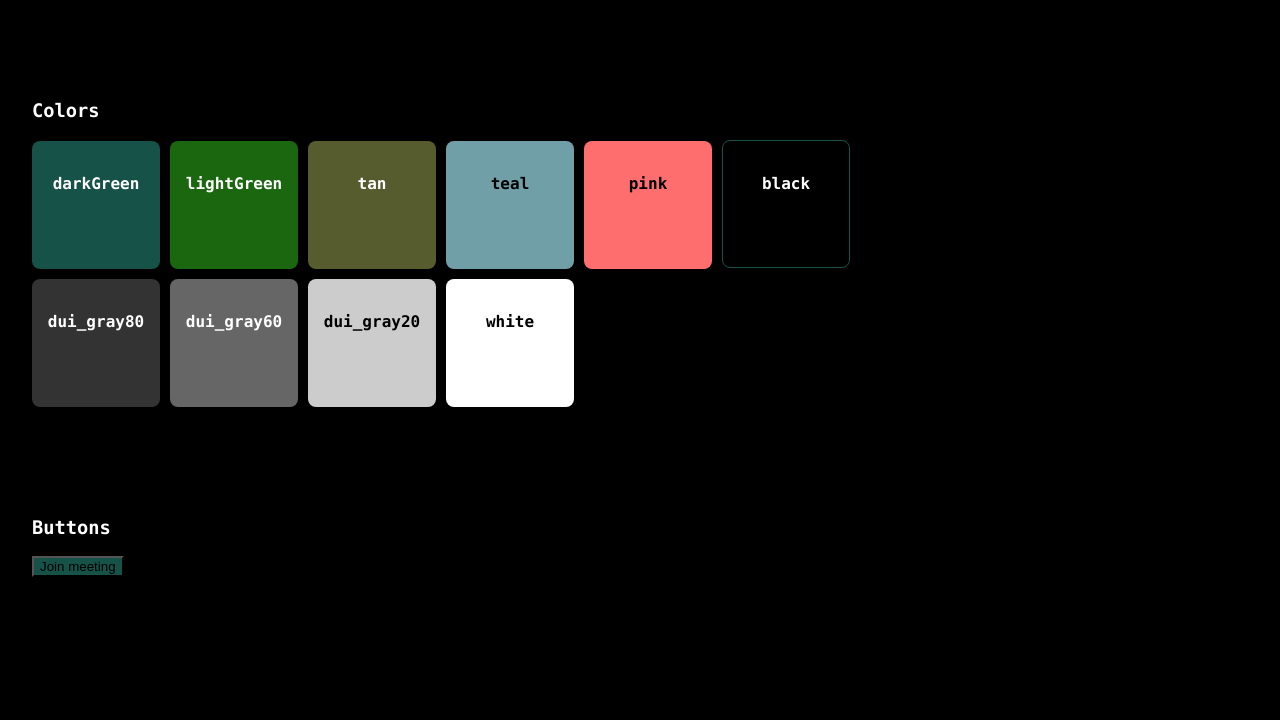
Repository: kttalley/designing-with-data_react-class
Page: / (app in lesson6_design-system-component-extension/)
The author's editor kept a copy of each file at every save. The page is drawn from the files as they stood at one save, then again after the next save.
The browser window is 1280 px wide. The pictures show the whole page.
The project was rebuilt for these pictures with package versions that can differ from the ones it lists, and the page was loaded fresh each time. Imported but missing from the stored project, and not drawn on this page: lesson6_design-system-component-extension/src/Rhubarb/Input.

Above is the page before, as saved 2023-08-30 14:55:32.

After the next save:
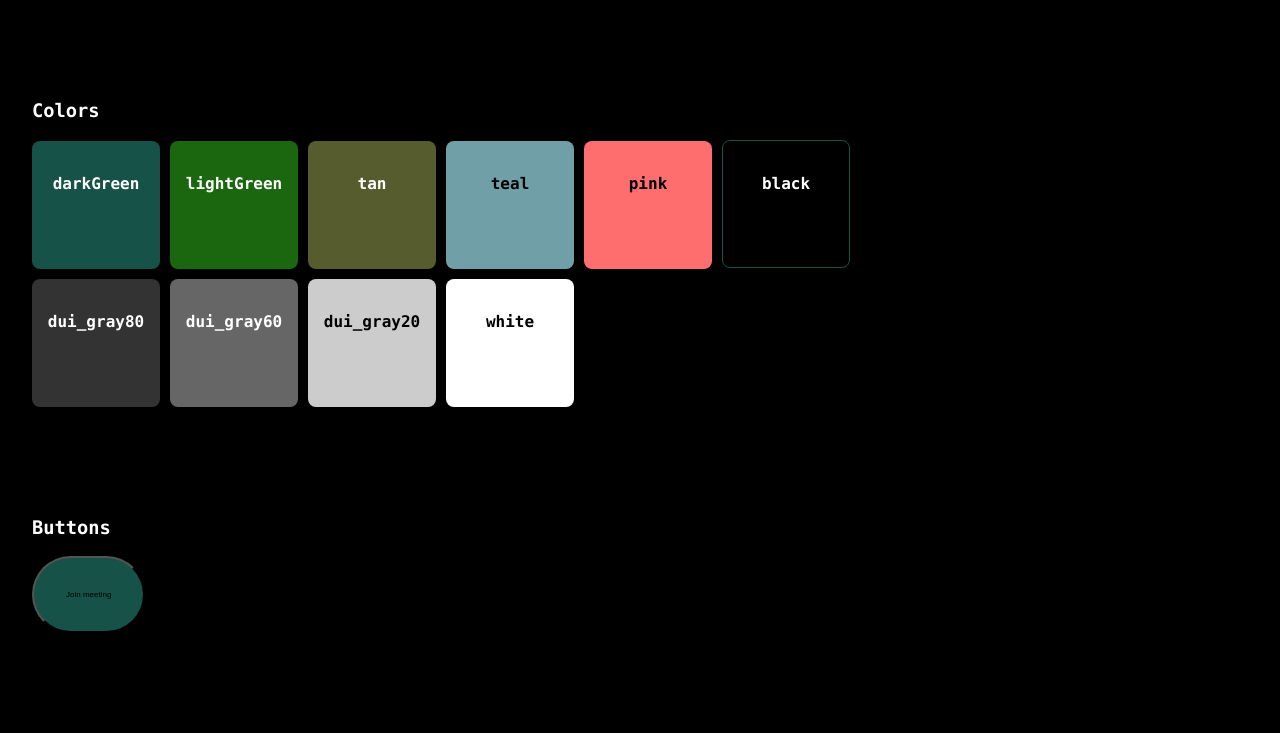
Saved 36 s later.
--- a/lesson6_design-system-component-extension/src/Rhubarb/Button.js
+++ b/lesson6_design-system-component-extension/src/Rhubarb/Button.js
@@ -2,8 +2,8 @@ import { color, space, isDarkBackground} from './Utils'
 import styled from 'styled-components';
 export const Btn = styled.button`
   background-color: ${ props => color[props.color] ? color[props.color] : color.black };
-  border-radius: ${space[6]};
-  padding: ${space[4]};
-  font-size: ${space[2]};
+  border-radius: ${space[6] + 'px'};
+  padding: ${space[4] + 'px'};
+  font-size: ${space[2] + 'px'};
 
 `;
